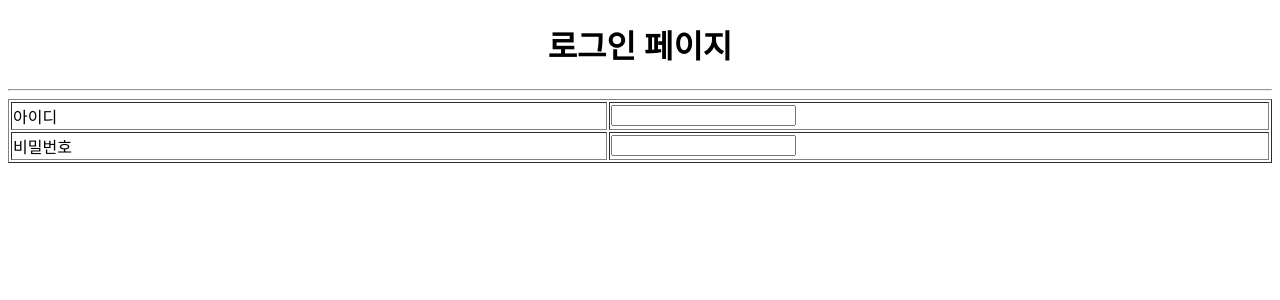
Repository: gunvv00/jsp
Page: http://localhost/DBtest/회원가입DB사용/Login.jsp
The author's editor kept a copy of each file at every save. The page is drawn from the files as they stood at one save, then again after the next save.
The browser window is 1280 px wide. The pictures show the whole page.
The page is served by Tomcat 9.

Above is the page before, as saved 2020-04-24 01:08:50.

After the next save:
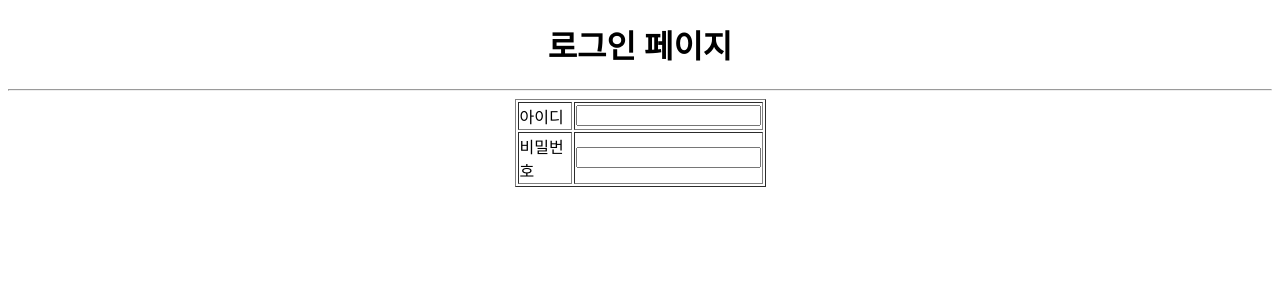
Saved 9 s later.
--- a/DBtest/WebContent/회원가입DB사용/Login.jsp
+++ b/DBtest/WebContent/회원가입DB사용/Login.jsp
@@ -15,8 +15,8 @@
 <table border="1">
 
 	<tr>
-		<td width="10%">아이디</td>
-		<td width="10%"><input type="text" name = "id"></td>
+		<td width="50">아이디</td>
+		<td width="50"><input type="text" name = "id"></td>
 	</tr>
 		<td>비밀번호</td>
 		<td><input type="password" name = "password"></td>
